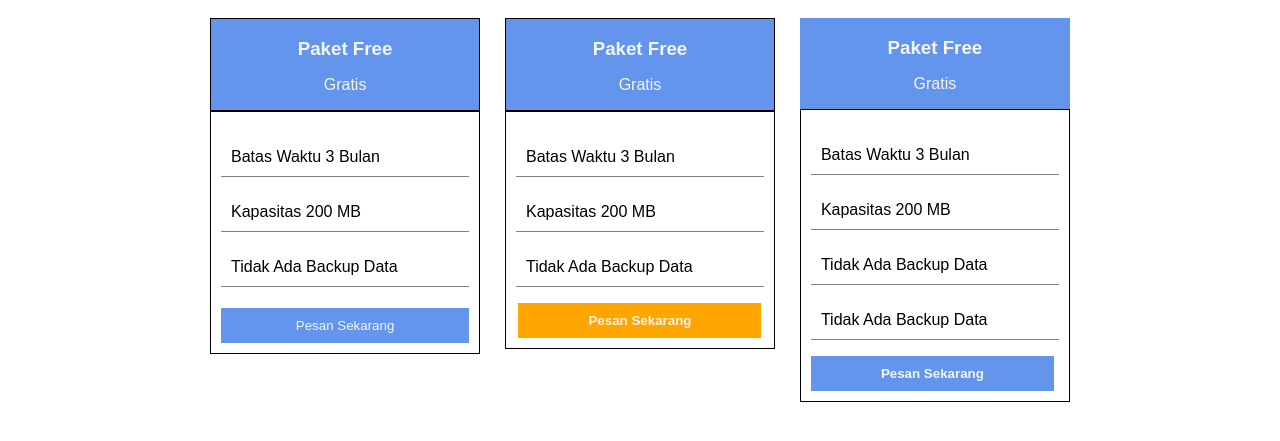
Repository: AHSANS354/tugas-sib5
Page: tugas css/index.html
These files come from the project's save history. The page is drawn as it stood at one moment and after the next save; the edit follows.
The browser window is 1280 px wide. The pictures show the whole page.

Above is the page before, as saved 2023-08-29 16:36:38.

After the next save:
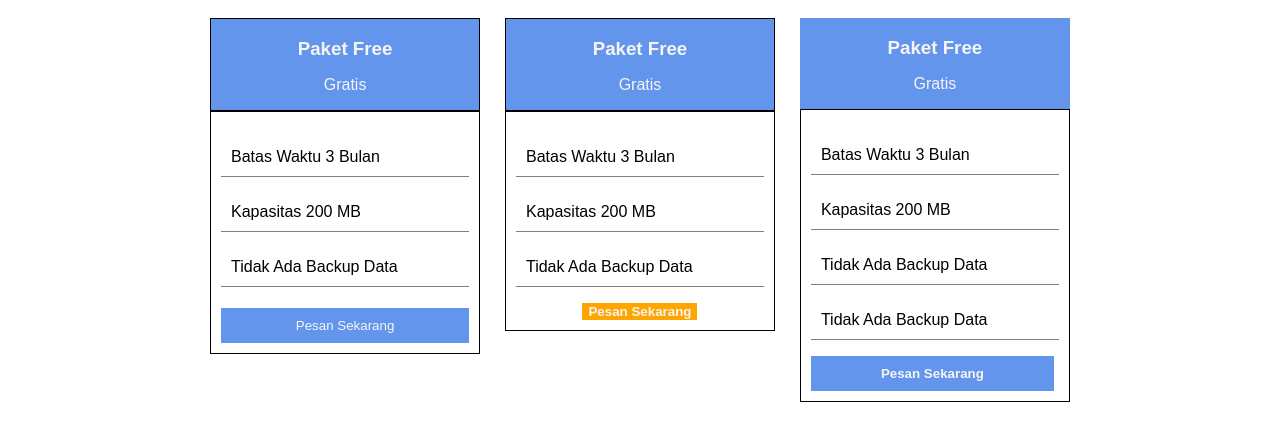
Saved 26 s later.
--- a/tugas css/style.css
+++ b/tugas css/style.css
@@ -75,7 +75,7 @@
 
 .tombol2 {
   font-weight: bold;
-  padding: 10px 70px;
+  padding: auto;
   background-color: orange;
   border: none;
   color: whitesmoke;

After the save that followed:
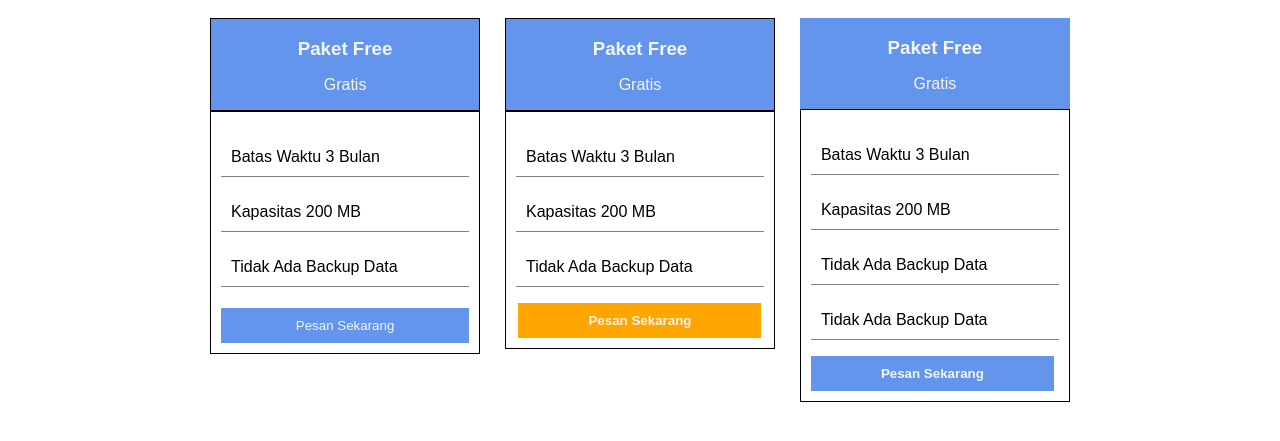
Saved 9 s later.
--- a/tugas css/style.css
+++ b/tugas css/style.css
@@ -75,7 +75,7 @@
 
 .tombol2 {
   font-weight: bold;
-  padding: auto;
+  padding: 10px 70px;
   background-color: orange;
   border: none;
   color: whitesmoke;
